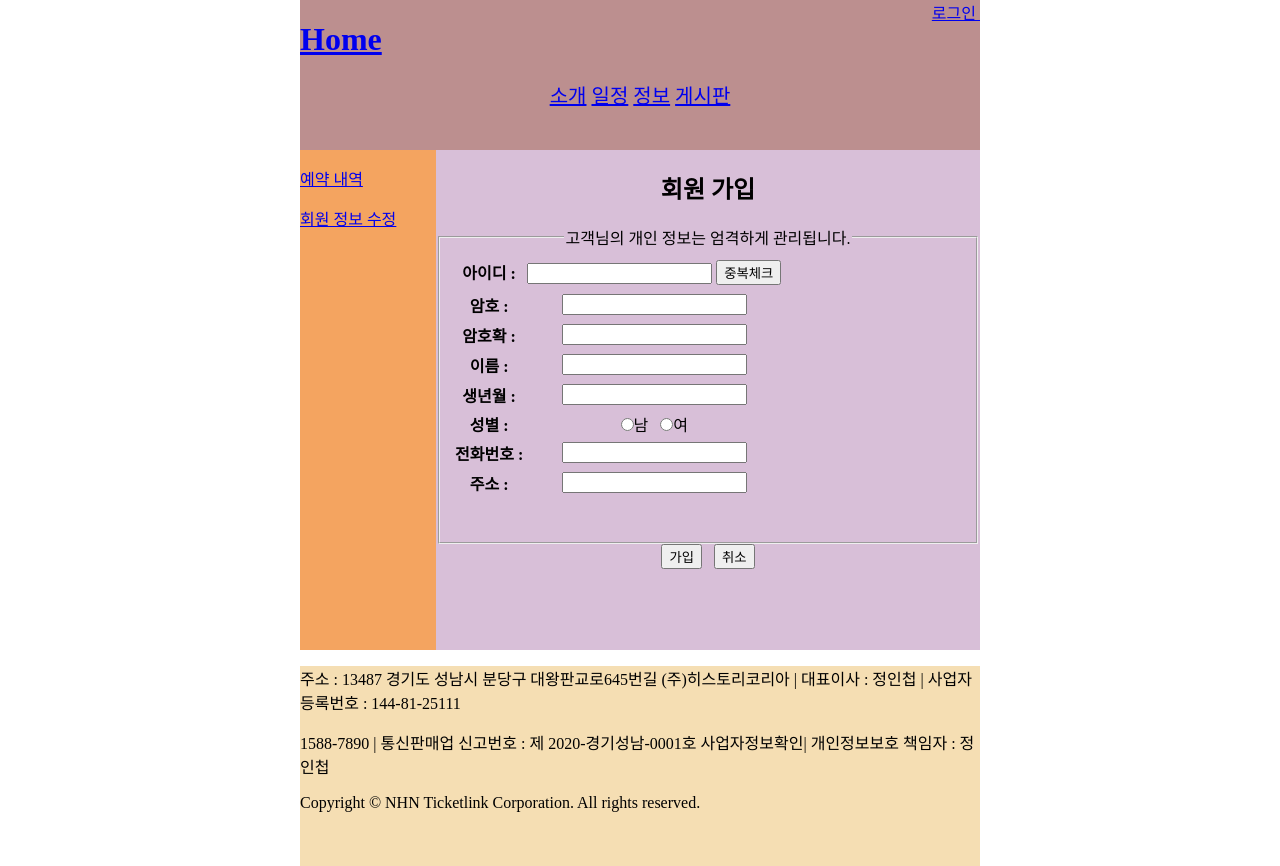
Repository: dlscjq34/JSP_historyTour
Page: http://localhost/HistoryTour/WEB-INF/views/member/joinMember.jsp
An editor plug-in stored every save of this project. The page is shown before and after the next save, followed by the edit.
The browser window is 1280 px wide. The pictures show the whole page.
The page is served by Tomcat 9. Nobody is signed in. Other server files are loaded and not shown. The template is opened directly, without the code that normally fills it, so the values that code supplies are empty.

Above is the page before, as saved 2020-12-21 02:36:53.

### HistoryTour/WebContent/WEB-INF/views/member/joinMember.jsp
<%@ page language="java" contentType="text/html; charset=UTF-8"
    pageEncoding="UTF-8"%>
<!DOCTYPE html>
<html lang="en">
<head>
    <jsp:include page="/WEB-INF/views/include/head.jsp" />
    <link rel="stylesheet" href="css/editMember.css">
</head>
<body>
    <!-- <header> -->
    <jsp:include page="/WEB-INF/views/include/header.jsp" />


    <!-- center = <aside> + <article> -->
    <div class="center">
        <aside>
            <p><a href="ticket.do">예약 내역</a></p>
            <p><a href="editMember.do">회원 정보 수정</a></p>
        </aside>

        <article>
            <h1>회원 가입</h1>
                <form action="joinMemberPro.do" method="post" name="frm" onsubmit="return lenCheck()">

                    <fieldset>
                        <legend>고객님의 개인 정보는 엄격하게 관리됩니다.</legend>
                        <table>
                		<tr>
                			<th>아이디 :
                			<td><input type="text" name="id" id="id" />
                				<input type="button" onclick="dupCheck()" value="중복체크">
                		</tr>
                		<tr>
                			<th>암호 :
                			<td><input type="password" name="pswd1" id="pswd1" required/>
                		</tr>
                		<tr>
                			<th>암호확 :
                			<td><input type="password" name="pswd2" id="pswd2" required onkeyup="pwCheck()"/>
                				<span class="pwStatus"></span>
                		</tr>
                		<tr>
                			<th>이름 :
                			<td><input type="text" name="name" id="name" required/>
                		</tr>
                		<tr>
                			<th>생년월 :
                			<td><input type="text" name="birth" id="birth" required/>
                		</tr>
                		<tr>
                			<th>성별 :
                			<td><input type="radio" name="gender" id="man" value="1" required />남 &nbsp;
                				<input type="radio" name="gender" id="woman" value="2" required />여
                		</tr>
                		<tr>
                			<th>전화번호 :
                			<td><input type="text" name="tel" id="tel" required>
                		</tr>
                		<tr>
                			<th>주소 :
                			<td><input type="text" name="address" id="address" required>
                		</tr>
                	</table>
                    </fieldset>
                    <input type="submit" name="enroll" class="enroll" value="가입"> &nbsp;
                    <input type="reset" value="취소">
                </form>
        </article>
    </div>


    <!-- <footer> -->
    <jsp:include page="/WEB-INF/views/include/footer.jsp" />

</body>

<script>
	function dupCheck() {
		let id = document.frm.id.value;
		if(id == '') {
			alert("아이디를 입력하세요");
			document.frm.id.focus();
			return;
		}
		window.open('joinCheck.do?id='+id, 'joinCheck', 'width=600, height=300');
	}

	function lenCheck() {
		let id = document.frm.id.value.trim();

		if(!(id.length >= 3 && id.length <=12)) {
			alert("아이디는 3에서 12글자만 입력 가능합니다.");
			document.frm.id.select();
			return false;
		}
	}

	function pwCheck() {
		pw1 = document.frm.pswd1.value;
		alert(pw1);
	}
</script>

</html>

### HistoryTour/WebContent/WEB-INF/views/include/head.jsp
<%@ page language="java" contentType="text/html; charset=UTF-8"
    pageEncoding="UTF-8"%>
<meta charset="UTF-8">
<meta name="viewport" content="width=device-width, initial-scale=1.0">
<title>Document</title>
<link rel="stylesheet" href="css/common.css">

### HistoryTour/WebContent/WEB-INF/views/include/header.jsp
<%@ page language="java" contentType="text/html; charset=UTF-8"
    pageEncoding="UTF-8"%>
<%@ taglib prefix="c" uri="http://java.sun.com/jsp/jstl/core" %>
<%
	//쿠키에 아이디가 있으면 세션으로 빼온다.
	Cookie[] cookies = request.getCookies();

	if (cookies != null) {
		for(Cookie cookie : cookies) {
			if(cookie.getName().equals("id")) {
				String id = cookie.getValue();
				session.setAttribute("id", id);
			}
		}
	}

	String id = (String)session.getAttribute("id");
%>

<header>
    <div class="home-line">
        <h1><a href="index.do">Home</a></h1>
        <!-- 세션으로 빼온 아이디가 있으면 -->
<%
			if (id != null) {
%>
        		${ id } 님 반갑습니다.&nbsp;
        		<a href="myPage.do">마이페이지</a>&nbsp;
        		<a href="logoutPro.do">로그아웃</a>
<%
			} else {
%>
        	<!-- 세션으로 빼온 아이디가 없으면 -->
        		 <a href="login.do">로그인&nbsp;</a>
<%
			}
%>

    </div>
    <div class="menu">
        <a href="intro.do">소개</a>
        <a href="schedule.do">일정</a>
        <a href="information.do">정보</a>
        <a href="board.do">게시판</a>
    </div>
</header>

### HistoryTour/WebContent/WEB-INF/views/include/footer.jsp
<%@ page language="java" contentType="text/html; charset=UTF-8"
    pageEncoding="UTF-8"%>
<footer>
    <p>주소 : 13487 경기도 성남시 분당구 대왕판교로645번길 (주)히스토리코리아 | 대표이사 : 정인첩 | 사업자등록번호 : 144-81-25111</p>
    <p>1588-7890 |  통신판매업 신고번호 : 제 2020-경기성남-0001호 사업자정보확인| 개인정보보호 책임자 : 정인첩</p>
    <p>Copyright © NHN Ticketlink Corporation. All rights reserved.</p>
</footer>

### HistoryTour/WebContent/css/common.css
body {
  grid-template-columns: 1fr 1fr;
  box-sizing: border-box;
  margin: 0 300px;
}

/* header ----------------------------------------------- */

header {
  background: rosybrown;
  height: 150px;
}
header .home-line {
  display: flex;
}
header .home-line h1 {
  flex: 1;
}
header .menu {
  text-align: center;
  font-size: 20px;
}

/* <aside> <article> ----------------------------------------------- */

.center {
  display: flex;
  height: 500px;
  background: turquoise;
}
.center aside {
  background: sandybrown;
  flex: 2;
}
.center article {
  background: thistle;
  flex: 8;
  text-align: center;
}


/* footer ----------------------------------------------- */

footer {
  background: wheat;
  height: 200px;
}

### HistoryTour/WebContent/css/editMember.css
/* .center article form {
  background: red;
} */
.center article form fieldset {
  height: 300px;
}
.center article form fieldset input{
  margin: 1% 0;
}
.center article form .edit {
  position: relative;
  margin-top: 5%;
  left: 40%;
  width: 100px;
  font-size: 20px;
}

After the next save:
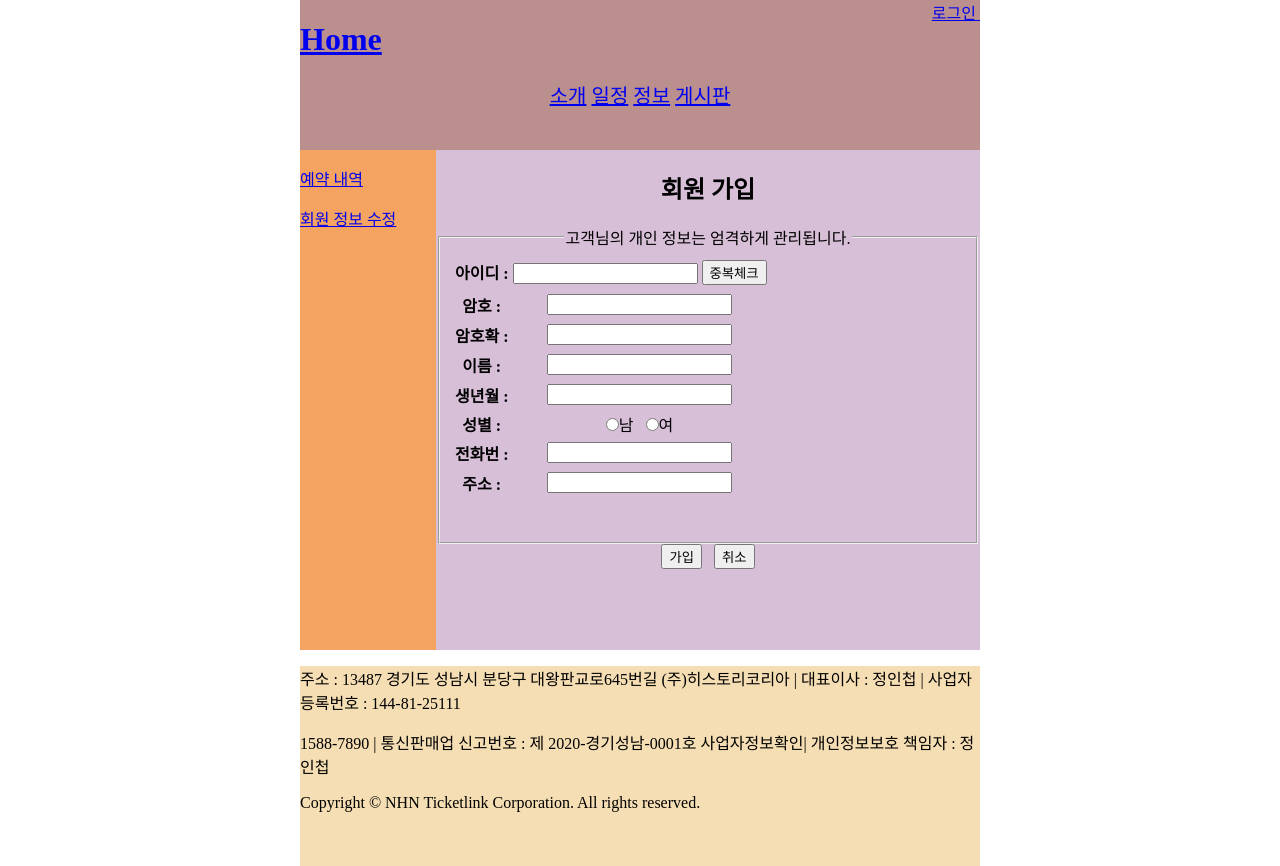
Saved 7 s later.
--- a/HistoryTour/WebContent/WEB-INF/views/member/joinMember.jsp
+++ b/HistoryTour/WebContent/WEB-INF/views/member/joinMember.jsp
@@ -53,7 +53,7 @@
                 				<input type="radio" name="gender" id="woman" value="2" required />여
                 		</tr>
                 		<tr>
-                			<th>전화번호 :
+                			<th>전화번 :
                 			<td><input type="text" name="tel" id="tel" required>
                 		</tr>
                 		<tr>
